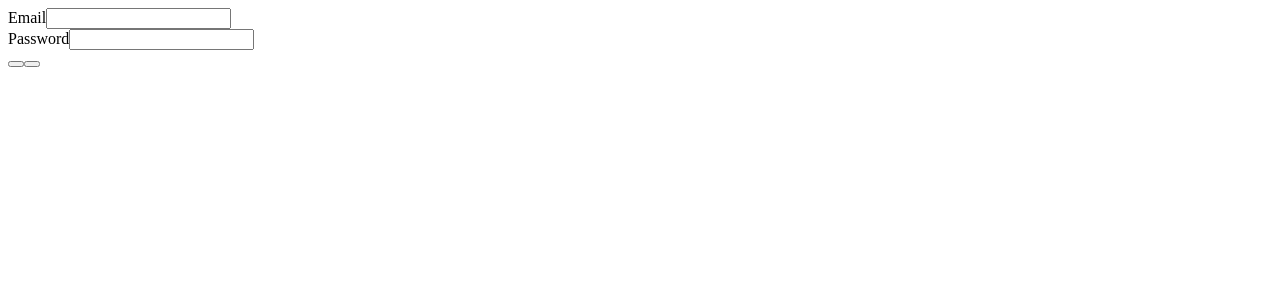
Repository: laxmichauhan/Student-Data-Insertion
Page: Application1/WebContent/login.html
An editor plug-in stored every save of this project. The page is shown before and after the next save, followed by the edit.
The browser window is 1280 px wide. The pictures show the whole page.

Above is the page before, as saved 2019-02-19 06:11:38.

### Application1/WebContent/login.html
<!DOCTYPE html>
<html>
<head>
<meta charset="ISO-8859-1">
<title>Insert title here</title>
</head>
<body>
<form action="Verify" method="post">
Email<input type="text" name="email"/><br>
Password<input type="password" name="password"/><br>
<button type="Login" value="login"/>
<button type="Reset" value="reset"/>


</form>
</body>
</html>

After the next save:
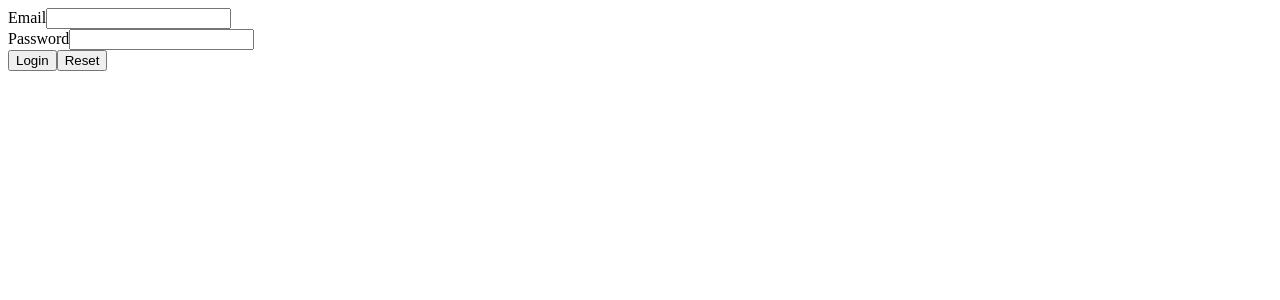
Saved 16 s later.
--- a/Application1/WebContent/login.html
+++ b/Application1/WebContent/login.html
@@ -8,8 +8,8 @@
 <form action="Verify" method="post">
 Email<input type="text" name="email"/><br>
 Password<input type="password" name="password"/><br>
-<button type="Login" value="login"/>
-<button type="Reset" value="reset"/>
+<button type="Login" value="login"/>Login
+<button type="Reset" value="reset"/>Reset
 
 
 </form>
